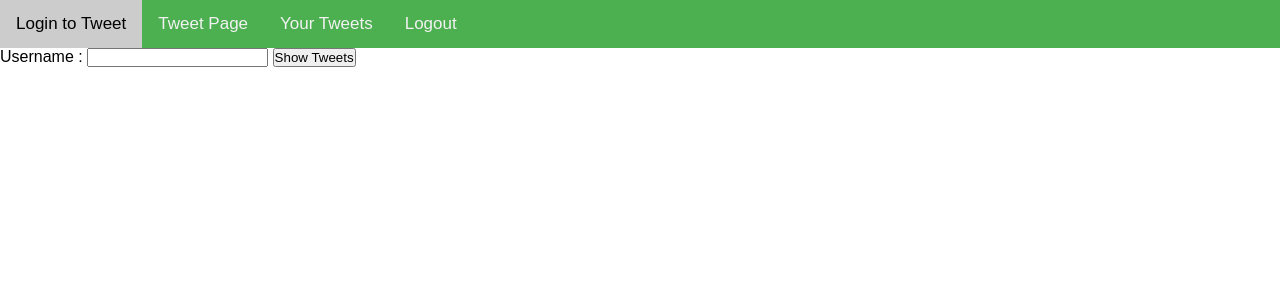
Repository: SriMerla/ServletsAndJsps
Page: http://localhost/WebApplicationProject/TweetView.jsp
The author's editor kept a copy of each file at every save. The page is drawn from the files as they stood at one save, then again after the next save.
The browser window is 1280 px wide. The pictures show the whole page.
The page is served by Tomcat 9. Other server files are loaded and not shown.

Above is the page before, as saved 2020-01-30 05:04:50.

### Servlets/WebApplicationProject/WebContent/TweetView.jsp
<%@ page language="java" contentType="text/html; charset=ISO-8859-1"
    pageEncoding="ISO-8859-1"%>
<!DOCTYPE html PUBLIC "-//W3C//DTD HTML 4.01 Transitional//EN" "http://www.w3.org/TR/html4/loose.dtd">
<html>
<head>
<meta http-equiv="Content-Type" content="text/html; charset=ISO-8859-1">
<title>Insert title here</title>
</head>
<body>
<jsp:include page="header.jsp"/>
<div>
<form action="tweetView" method="post">

      Username : <input type="text" name="username">
        <input type="submit" value="Show Tweets">
   </form>
</div>
</body>
</html>

### Servlets/WebApplicationProject/WebContent/header.jsp
<%@ page language="java" contentType="text/html; charset=ISO-8859-1"
    pageEncoding="ISO-8859-1"%>
<!DOCTYPE html PUBLIC "-//W3C//DTD HTML 4.01 Transitional//EN" "http://www.w3.org/TR/html4/loose.dtd">
<html>
<head>
<meta http-equiv="Content-Type" content="text/html; charset=ISO-8859-1">
<title>Header</title>
<link rel="stylesheet" type="text/css" href="common.css">
</head>
<body>
<div class="topnav">
 <a class="active" href='http://localhost:8080/WebApplicationProject/login.jsp'> Login to Tweet </a>
 <a href='http://localhost:8080/WebApplicationProject/tweet.html'> Tweet Page </a>
 <a href='http://localhost:8080/WebApplicationProject/TweetView.html'> Your Tweets </a>
 <a href='http://localhost:8080/WebApplicationProject/logout.jsp'> Logout </a>
</div>
</body>
</html>

### Servlets/WebApplicationProject/WebContent/common.css
@CHARSET "ISO-8859-1";
*{
	margin:0;
	padding:0;
}
body{
	margin: 0;
	font-family: Arial, Helvetica, sans-serif;
}

.topnav{
	overflow: hidden;
	background-color: #4caf50;
}

.topnav a{
	float: left;
	color: #f2f2f2;
	text-align: center;
	padding: 14px 16px;
	text-decoration: none;
	font-size: 17px;
}

.topnav a:hover{
	background-color: #ccc;
	color: black;
}

.tonav a.active {
	background-color: #4caf50;
	color: white;
}

.content{
	padding: 20px 30px;
	margin: auto;

}

After the next save:
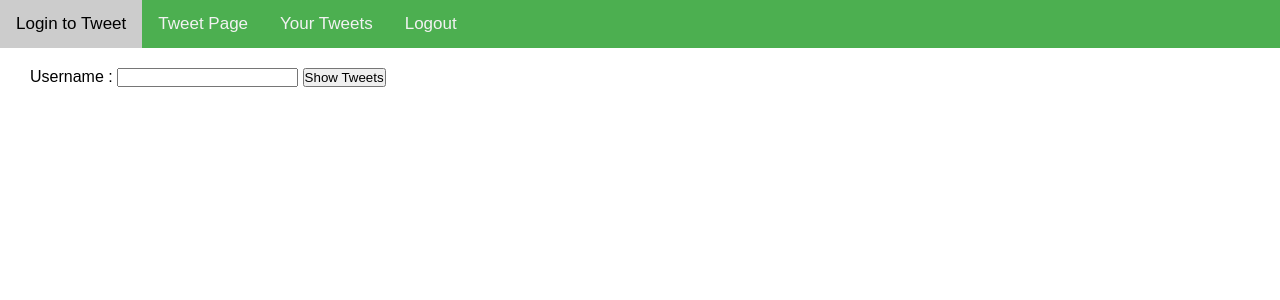
Saved 66 s later.
--- a/Servlets/WebApplicationProject/WebContent/TweetView.jsp
+++ b/Servlets/WebApplicationProject/WebContent/TweetView.jsp
@@ -8,7 +8,7 @@
 </head>
 <body>
 <jsp:include page="header.jsp"/>
-<div>
+<div class="content">
 <form action="tweetView" method="post">
 
       Username : <input type="text" name="username">
